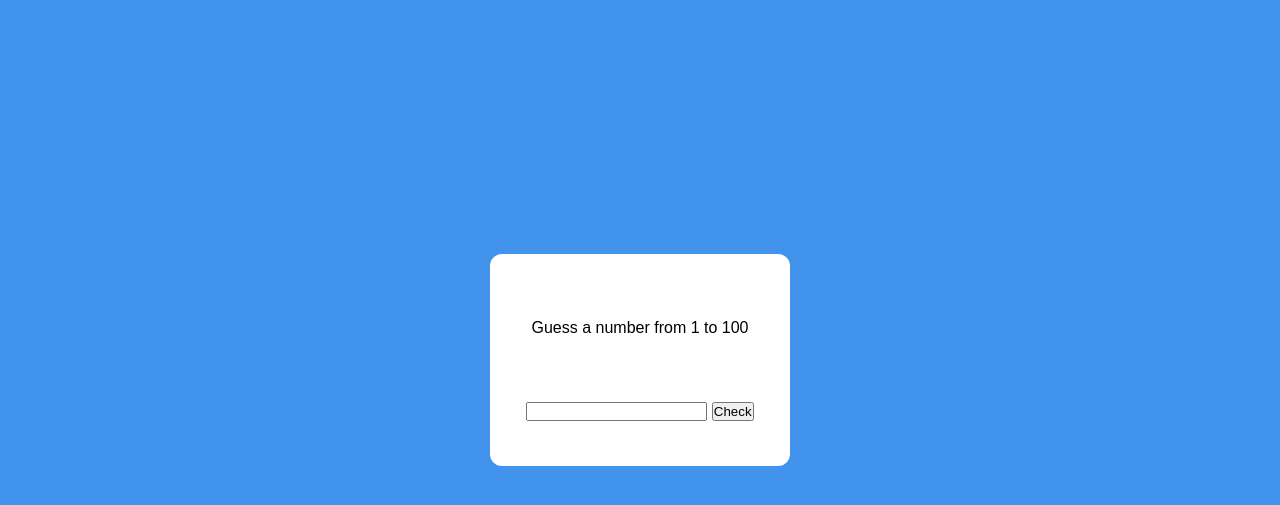
Repository: Ankitkr2021/Guess_Game
Page: index.html
The author's editor kept a copy of each file at every save. The page is drawn from the files as they stood at one save, then again after the next save.
The browser window is 1280 px wide. The pictures show the whole page.

Above is the page before, as saved 2025-09-30 17:15:19.

After the next save:
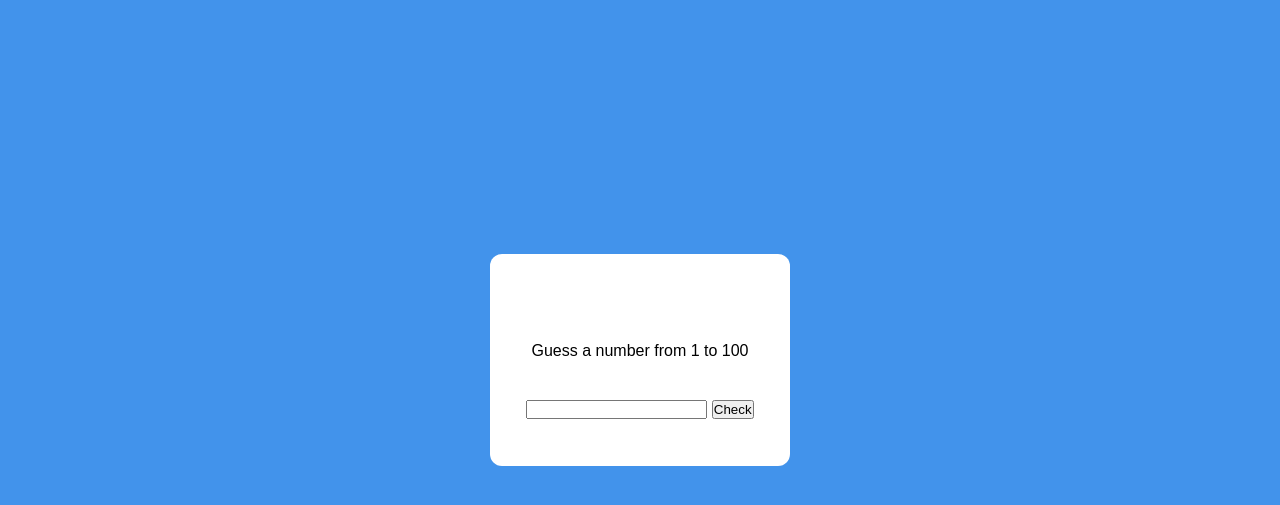
Saved 10 s later.
--- a/style.css
+++ b/style.css
@@ -25,9 +25,9 @@ body{
     display: flex;
     flex-direction: column;
     align-items: center;
-    justify-content: space-evenly;
+    justify-content: center;
 }
 
 p{
-    padding: 20px;
+    padding: 40px 20px;
 }
